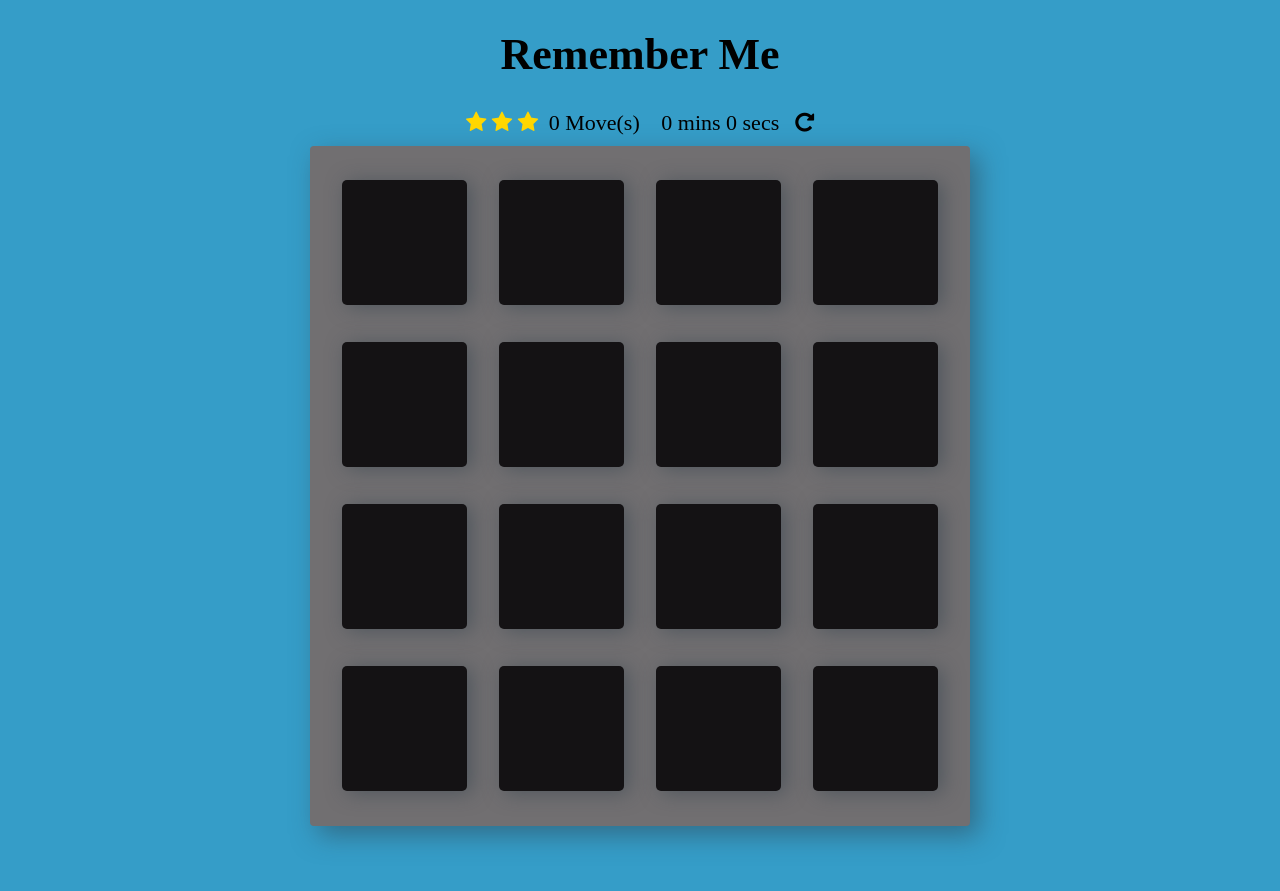
Repository: chrisntaskas/rememberme
Page: index.html
The author's editor kept a record of every edit. The page is drawn from the files as they stood at one moment, then again after the next edit.
The browser window is 1280 px wide. The pictures show the whole page.
Some web fonts or font styles are not loaded; a fallback is used. Some web libraries are served in a nearby version.

Above is the page before.

### index.html
<!doctype html>
<html lang="en">
<head>
    <meta charset="utf-8">
    <title>Remember Me</title>
    <meta name="description" content="">
    <meta name="viewport" content="width=device-width, initial-scale=1">
    <link rel="stylesheet prefetch" href="https://maxcdn.bootstrapcdn.com/font-awesome/4.6.1/css/font-awesome.min.css">
    <link rel="stylesheet prefetch" href="https://fonts.googleapis.com/css?family=Coda">
    <link href="https://fonts.googleapis.com/css?family=Roboto&display=swap" rel="stylesheet">
    <link rel="stylesheet" href="css/app.css">
</head>
<body>

    <div class="container">
        <header>
            <h1>Remember Me</h1>
        </header>

        <section class="score-panel">
        	<ul class="stars">
        		<li><i class="fa fa-star"></i></li>
        		<li><i class="fa fa-star"></i></li>
        		<li><i class="fa fa-star"></i></li>
        	</ul>

        	<span class="moves">0</span> Move(s)

            <div class="timer">
            </div>

            <div class="restart" onclick=startGame()>
        		<i class="fa fa-repeat"></i>
        	</div>
        </section>

        <ul class="deck" id="card-deck">
            <li class="card" type="diamond">
                <i class="fa fa-diamond"></i>
            </li>
            <li class="card" type="plane">
                <i class="fa fa-paper-plane-o"></i>
            </li>
            <li class="card match" type="anchor">
                <i class="fa fa-anchor"></i>
            </li>
            <li class="card" type="bolt" >
                <i class="fa fa-bolt"></i>
            </li>
            <li class="card" type="cube">
                <i class="fa fa-cube"></i>
            </li>
            <li class="card match" type="anchor">
                <i class="fa fa-anchor"></i>
            </li>
            <li class="card" type="leaf">
                <i class="fa fa-leaf"></i>
            </li>
            <li class="card" type="bicycle">
                <i class="fa fa-bicycle"></i>
            </li>
            <li class="card" type="diamond">
                <i class="fa fa-diamond"></i>
            </li>
            <li class="card" type="bomb">
                <i class="fa fa-bomb"></i>
            </li>
            <li class="card" type="leaf">
                <i class="fa fa-leaf"></i>
            </li>
            <li class="card" type="bomb">
                <i class="fa fa-bomb"></i>
            </li>
            <li class="card open show" type="bolt">
                <i class="fa fa-bolt"></i>
            </li>
            <li class="card" type="bicycle">
                <i class="fa fa-bicycle"></i>
            </li>
            <li class="card" type="plane">
                <i class="fa fa-paper-plane-o"></i>
            </li>
            <li class="card" type="cube">
                <i class="fa fa-cube"></i>
            </li>
        </ul>

        <div id="popup1" class="overlay">
            <div class="popup">
                <h2>Congrats!!! </h2>
                <a class="close" href=# >×</a>
                <div class="content-1">
                    Looks like you remembered!
                </div>
                <div class="content-2">
                    <p>You made <span id=finalMove> </span> moves </p>
                    <p>in <span id=totalTime> </span> </p>
                    <p>Rating:  <span id=starRating></span></p>
                </div>
                <button id="play-again"onclick="playAgain()">
                    Do over?</a>
                </button>
            </div>
        </div>

    </div>
    <script src="js/app.js"></script>
</body>
</html>

### css/app.css
html {
	box-sizing: border-box;
}

*,
*::before,
*::after {
	box-sizing: inherit;
}

html,
body {
	width: 100%;
	height: 100%;
	margin: 0;
	padding: 0;
}

body {
	background: #359DC8;
	font-family: 'Oswald', cursive;
	font-size: 16px;
}

.container {
	display: flex;
	justify-content: center;
	align-items: center;
	flex-direction: column;
}

h1 {
	font-family: 'Oswald', cursive;
}


/*
 * deck card styles
 */


.deck {
	width: 85%;
	background: #716F71;
	padding: 1rem;
	border-radius: 4px;
	box-shadow: 8px 9px 26px 0 rgba(46, 61, 73, 0.5);
	display: flex;
	flex-wrap: wrap;
	justify-content: space-around;
	align-items: center;
	margin: 0 0 3em;
}

.deck .card {
	height: 3.7rem;
	width: 3.7rem;
	margin: 0.2rem 0.2rem;
	background: #141214;
	font-size: 0;
	color: #ffffff;
	border-radius: 5px;
	cursor: pointer;
	display: flex;
	justify-content: center;
	align-items: center;
	box-shadow: 5px 2px 20px 0 rgba(46, 61, 73, 0.5);
}

.deck .card.open {
	transform: rotateY(0);
	background: #02b3e4;
	cursor: default;
	animation-name: flipInY;
	-webkit-backface-visibility: visible !important;
	backface-visibility: visible !important;
	animation-duration: .75s;
}

.deck .card.show {
	font-size: 33px;
}

.deck .card.match {
	cursor: default;
	background: #E5F720;
	font-size: 33px;
	animation-name: rubberBand;
	-webkit-backface-visibility: visible !important;
	backface-visibility: visible !important;
	animation-duration: .75s;
}

.deck .card.unmatched {
	animation-name: pulse;
	-webkit-backface-visibility: visible !important;
	backface-visibility: visible !important;
	animation-duration: .75s;
	background: #e2043b;
}

.deck .card.disabled {
	pointer-events: none;
	opacity: 0.9;
}


/*
 * scoreboard style
 */


.score-panel {
	text-align: left;
	margin-bottom: 10px;
}

.score-panel .stars {
	margin: 0;
	padding: 0;
	display: inline-block;
	margin: 0 5px 0 0;
}

.score-panel .stars li {
	list-style: none;
	display: inline-block;
}

.score-panel .restart {
	float: right;
	cursor: pointer;
}

.fa-star {
	color: #FFD700;
}

.timer {
	display: inline-block;
	margin: 0 1rem;
}


/*
 * congratulations modal style
 */


.overlay {
	position: fixed;
	top: 0;
	bottom: 0;
	left: 0;
	right: 0;
	background: rgba(0, 0, 0, 0.7);
	transition: opacity 500ms;
	visibility: hidden;
	opacity: 0;
}

.overlay:target {
	visibility: visible;
	opacity: 1;
}

.popup {
	margin: 70px auto;
	padding: 20px;
	background: #ffffff;
	border-radius: 5px;
	width: 85%;
	position: relative;
	transition: all 5s ease-in-out;
	font-family: 'Oswald', cursive;
}

.popup h2 {
	margin-top: 0;
	color: #333;
	font-family: Tahoma, Arial, sans-serif;
}

.popup .close {
	position: absolute;
	top: 20px;
	right: 30px;
	transition: all 200ms;
	font-size: 30px;
	font-weight: bold;
	text-decoration: none;
	color: #333;
}

.popup .close:hover {
	color: #E5F720;
}

.popup .content-1,
.content-2 {
	max-height: 30%;
	overflow: auto;
	text-align: center;
}

.show {
	visibility: visible !important;
	opacity: 100 !important;
}

#starRating li {
	display: inline-block;
}

#play-again {
	background-color: #141214;
	padding: 0.7rem 1rem;
	font-size: 1.1rem;
	display: block;
	margin: 0 auto;
	width: 50%;
	font-family: 'Oswald', cursive;
	color: #ffffff;
	border-radius: 5px;
}

/* animations */
@keyframes flipInY {
	from {
		transform: perspective(400px) rotate3d(0, 1, 0, 90deg);
		animation-timing-function: ease-in;
		opacity: 0;
	}

	40% {
		transform: perspective(400px) rotate3d(0, 1, 0, -20deg);
		animation-timing-function: ease-in;
	}

	60% {
		transform: perspective(400px) rotate3d(0, 1, 0, 10deg);
		opacity: 1;
	}

	80% {
		transform: perspective(400px) rotate3d(0, 1, 0, -5deg);
	}

	to {
		transform: perspective(400px);
	}
}

@keyframes rubberBand {
	from {
		transform: scale3d(1, 1, 1);
	}

	30% {
		transform: scale3d(1.25, 0.75, 1);
	}

	40% {
		transform: scale3d(0.75, 1.25, 1);
	}

	50% {
		transform: scale3d(1.15, 0.85, 1);
	}

	65% {
		transform: scale3d(.95, 1.05, 1);
	}

	75% {
		transform: scale3d(1.05, .95, 1);
	}

	to {
		transform: scale3d(1, 1, 1);
	}
}

@keyframes pulse {
	from {
		transform: scale3d(1, 1, 1);
	}

	50% {
		transform: scale3d(1.2, 1.2, 1.2);
	}

	to {
		transform: scale3d(1, 1, 1);
	}
}


/****** Media queries
***************************/


@media (max-width: 320px) {
	.deck {
		width: 85%;
	}

	.deck .card {
		height: 4.7rem;
		width: 4.7rem;
	}
}


/* tablets
****************/

@media (min-width: 768px) {
	.container {
		font-size: 22px;
	}

	.deck {
		width: 660px;
		height: 680px;
	}

	.deck .card {
		height: 125px;
		width: 125px;
	}

	.popup {
		width: 60%;
	}
}

### js/app.js
// cards array
let card = document.getElementsByClassName("card");
let cards = [...card];

// all available cards in game
const deck = document.getElementById("card-deck");

// move variable
let moves = 0;
let counter = document.querySelector(".moves");

// variables for star icons
const stars = document.querySelectorAll(".fa-star");

//variable of matchedCards
let matchedCard = document.getElementsByClassName("match");

 // stars list
 let starsList = document.querySelectorAll(".stars li");

 // close icon in modal
 let closeicon = document.querySelector(".close");

 // declare modal
 let modal = document.getElementById("popup1")

 // array for opened cards
var openedCards = [];


// @description shuffles cards
// @param {array}
// @returns shuffledarray
function shuffle(array) {
    var currentIndex = array.length, temporaryValue, randomIndex;

    while (currentIndex !== 0) {
        randomIndex = Math.floor(Math.random() * currentIndex);
        currentIndex -= 1;
        temporaryValue = array[currentIndex];
        array[currentIndex] = array[randomIndex];
        array[randomIndex] = temporaryValue;
    }

    return array;
};


// @description shuffles cards when page is refreshed / loads
document.body.onload = startGame();


// @description function to start a new play
function startGame(){

    // empty the openCards array
    openedCards = [];

    // shuffle cards
    cards = shuffle(cards);
    // remove classes from each card
    for (var i = 0; i < cards.length; i++){
        deck.innerHTML = "";
        [].forEach.call(cards, function(item) {
            deck.appendChild(item);
        });
        cards[i].classList.remove("show", "open", "match", "disabled");
    }
    // moves reset
    moves = 0;
    counter.innerHTML = moves;
    // rating rating
    for (var i= 0; i < stars.length; i++){
        stars[i].style.color = "#FFD700";
        stars[i].style.visibility = "visible";
    }
    //timer reset
    second = 0;
    minute = 0;
    hour = 0;
    var timer = document.querySelector(".timer");
    timer.innerHTML = "0 mins 0 secs";
    clearInterval(interval);
}


// @description toggles open and show class to display cards
var displayCard = function (){
    this.classList.toggle("open");
    this.classList.toggle("show");
    this.classList.toggle("disabled");
};


// open OpenedCards list and check if cards are match or not
function cardOpen() {
    openedCards.push(this);
    var len = openedCards.length;
    if(len === 2){
        moveCounter();
        if(openedCards[0].type === openedCards[1].type){
            matched();
        } else {
            unmatched();
        }
    }
};


// @description when cards match
function matched(){
    openedCards[0].classList.add("match", "disabled");
    openedCards[1].classList.add("match", "disabled");
    openedCards[0].classList.remove("show", "open", "no-event");
    openedCards[1].classList.remove("show", "open", "no-event");
    openedCards = [];
}


// description when cards don't match
function unmatched(){
    openedCards[0].classList.add("unmatched");
    openedCards[1].classList.add("unmatched");
    disable();
    setTimeout(function(){
        openedCards[0].classList.remove("show", "open", "no-event","unmatched");
        openedCards[1].classList.remove("show", "open", "no-event","unmatched");
        enable();
        openedCards = [];
    },1100);
}


// @description disable cards temporarily
function disable(){
    Array.prototype.filter.call(cards, function(card){
        card.classList.add('disabled');
    });
}


// @description enable cards and disable matched cards
function enable(){
    Array.prototype.filter.call(cards, function(card){
        card.classList.remove('disabled');
        for(var i = 0; i < matchedCard.length; i++){
            matchedCard[i].classList.add("disabled");
        }
    });
}


// @description count player's moves
function moveCounter(){
    moves++;
    counter.innerHTML = moves;
    //start timer on first click
    if(moves == 1){
        second = 0;
        minute = 0;
        hour = 0;
        startTimer();
    }
    // setting rates based on moves
    if (moves > 8 && moves < 12){
        for( i= 0; i < 3; i++){
            if(i > 1){
                stars[i].style.visibility = "collapse";
            }
        }
    }
    else if (moves > 13){
        for( i= 0; i < 3; i++){
            if(i > 0){
                stars[i].style.visibility = "collapse";
            }
        }
    }
}


// @description game timer
var second = 0, minute = 0; hour = 0;
var timer = document.querySelector(".timer");
var interval;
function startTimer(){
    interval = setInterval(function(){
        timer.innerHTML = minute+"mins "+second+"secs";
        second++;
        if(second == 60){
            minute++;
            second=0;
        }
        if(minute == 60){
            hour++;
            minute = 0;
        }
    },1000);
}


// @description congratulations when all cards match, show modal and moves, time and rating
function congratulations(){
    if (matchedCard.length == 16){
        clearInterval(interval);
        finalTime = timer.innerHTML;

        // show congratulations modal
        modal.classList.add("show");

        // declare star rating variable
        var starRating = document.querySelector(".stars").innerHTML;

        //showing move, rating, time on modal
        document.getElementById("finalMove").innerHTML = moves;
        document.getElementById("starRating").innerHTML = starRating;
        document.getElementById("totalTime").innerHTML = finalTime;

        //closeicon on modal
        closeModal();
    };
}


// @description close icon on modal
function closeModal(){
    closeicon.addEventListener("click", function(e){
        modal.classList.remove("show");
        startGame();
    });
}


// @desciption for user to play Again
function playAgain(){
    modal.classList.remove("show");
    startGame();
}


// loop to add event listeners to each card
for (var i = 0; i < cards.length; i++){
    card = cards[i];
    card.addEventListener("click", displayCard);
    card.addEventListener("click", cardOpen);
    card.addEventListener("click",congratulations);
};

After the next edit:
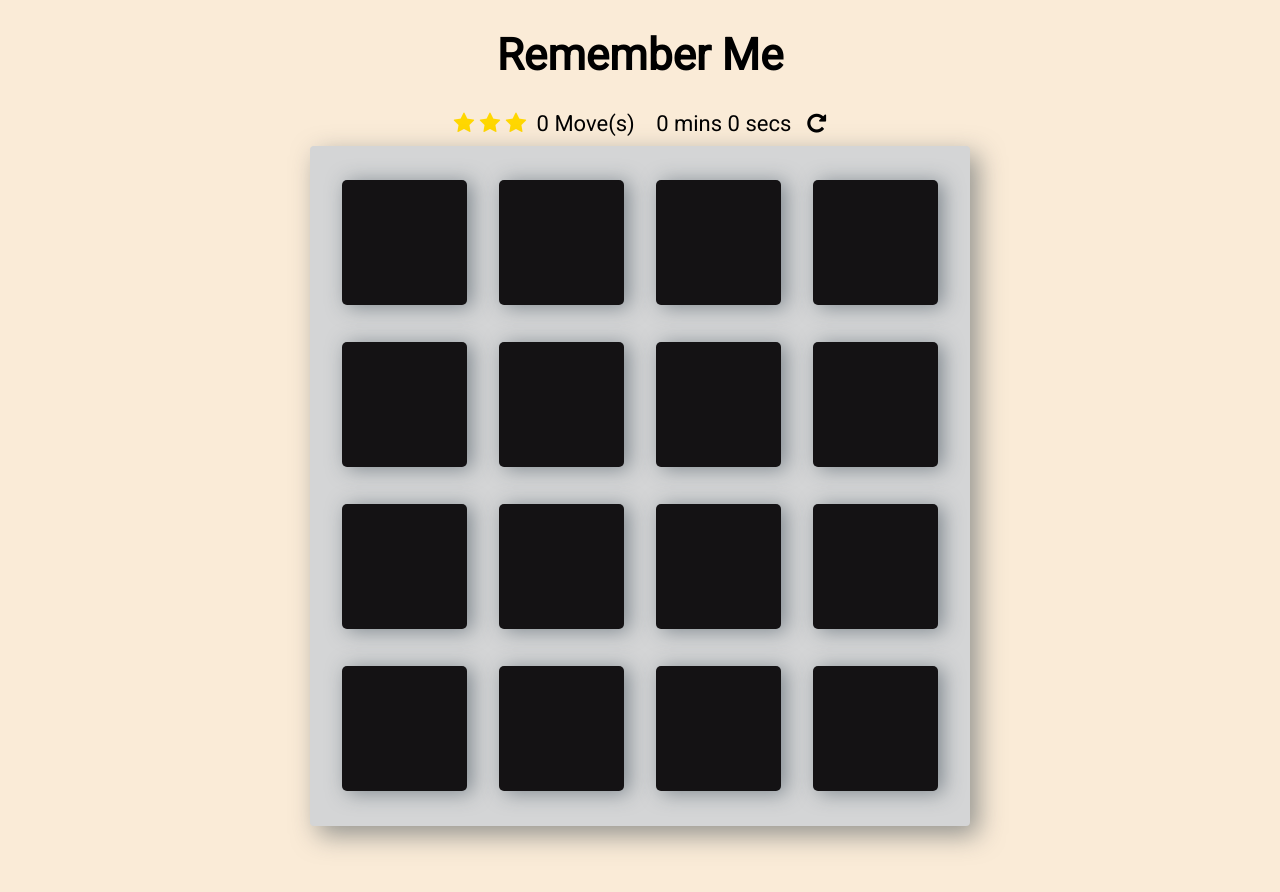
The edit:
--- a/css/app.css
+++ b/css/app.css
@@ -17,8 +17,8 @@
 }
 
 body {
-	background: #359DC8;
-	font-family: 'Oswald', cursive;
+	background: #faebd7;
+	font-family: 'Roboto', sans-serif;
 	font-size: 16px;
 }
 
@@ -30,18 +30,18 @@
 }
 
 h1 {
-	font-family: 'Oswald', cursive;
+	font-family: 'Roboto', sans-serif;
 }
 
 
 /*
- * deck card styles
+ * Styles for the deck of cards
  */
 
 
 .deck {
 	width: 85%;
-	background: #716F71;
+	background: #d4d5d6;
 	padding: 1rem;
 	border-radius: 4px;
 	box-shadow: 8px 9px 26px 0 rgba(46, 61, 73, 0.5);
@@ -56,7 +56,7 @@
 	height: 3.7rem;
 	width: 3.7rem;
 	margin: 0.2rem 0.2rem;
-	background: #141214;
+	background: #141214;;
 	font-size: 0;
 	color: #ffffff;
 	border-radius: 5px;
@@ -106,7 +106,7 @@
 
 
 /*
- * scoreboard style
+ * Styles for the Score Panel
  */
 
 
@@ -143,7 +143,7 @@
 
 
 /*
- * congratulations modal style
+ * Styles for congratulations modal
  */
 
 
@@ -172,7 +172,7 @@
 	width: 85%;
 	position: relative;
 	transition: all 5s ease-in-out;
-	font-family: 'Oswald', cursive;
+	font-family: 'Roboto', sans-serif;
 }
 
 .popup h2 {
@@ -219,7 +219,7 @@
 	display: block;
 	margin: 0 auto;
 	width: 50%;
-	font-family: 'Oswald', cursive;
+	font-family: 'Gloria Hallelujah', cursive;
 	color: #ffffff;
 	border-radius: 5px;
 }
@@ -312,7 +312,7 @@
 }
 
 
-/* tablets
+/* For Tablets and larger screens
 ****************/
 
 @media (min-width: 768px) {
